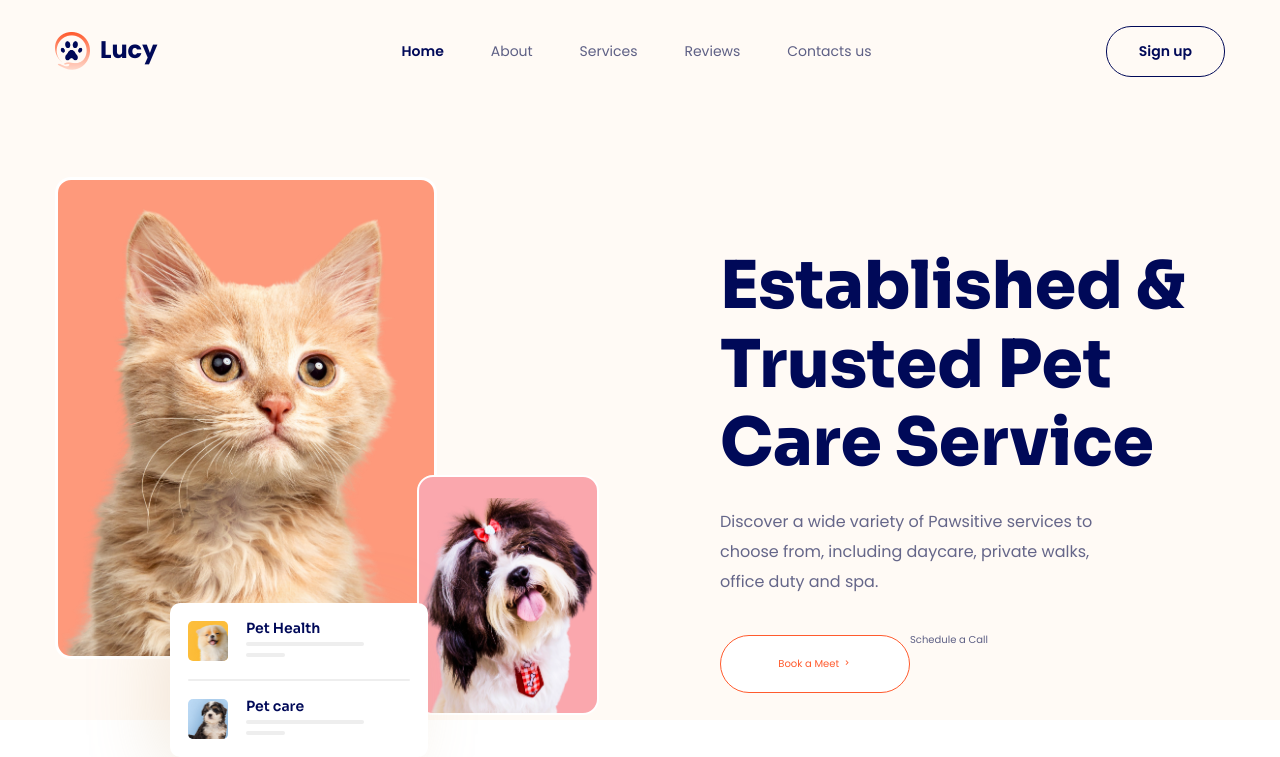
Repository: Cuongquaidan/F8projeact-04
Page: index.html
An editor plug-in stored every save of this project. The page is shown before and after the next save, followed by the edit.
The browser window is 1280 px wide. The pictures show the whole page.

Above is the page before, as saved 2023-04-15 10:20:21.

After the next save:
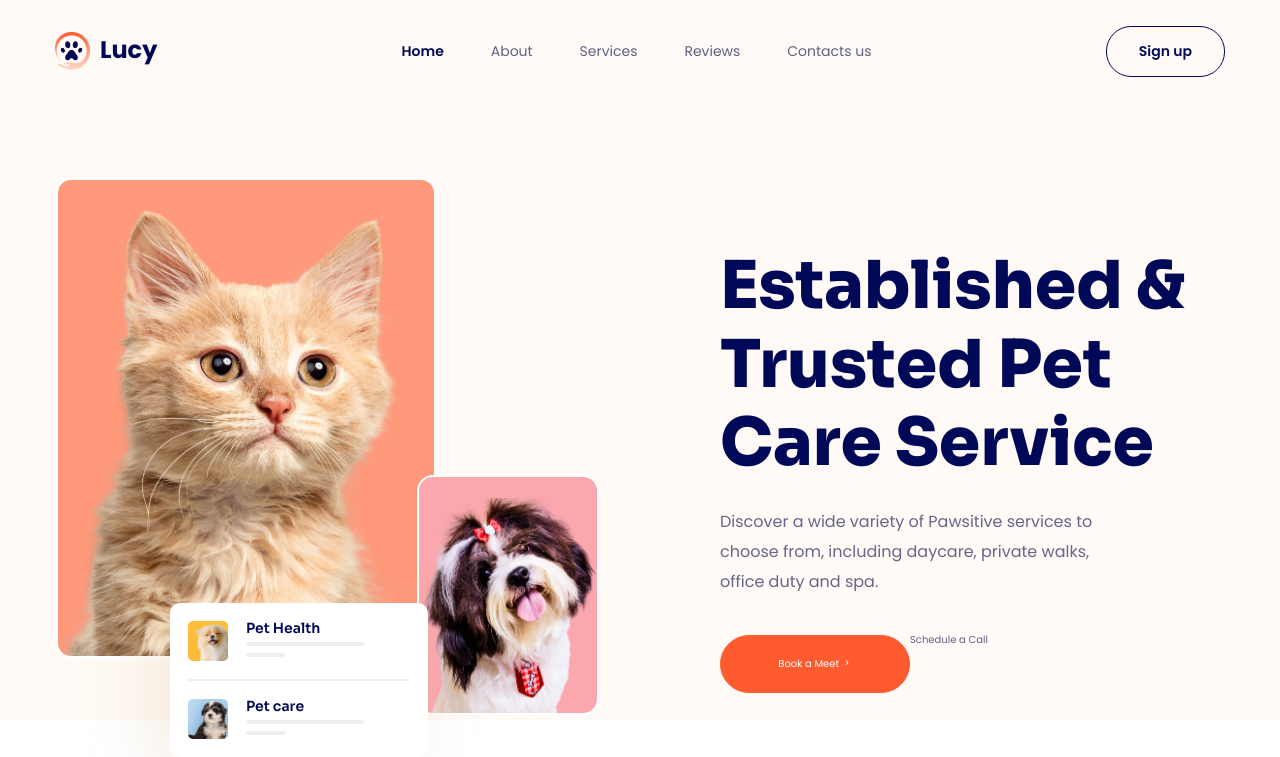
Saved 30 s later.
--- a/asset/css/styles.css
+++ b/asset/css/styles.css
@@ -251,6 +251,6 @@ a {
     height: 58px;
     min-width: 190px;
     border: 1px solid #ff5b2e;
-    color: #ff5b2e;
-    background-color: #ffffff;
-}
+    color: #fff;
+    background-color: #ff5b2e;
+}
